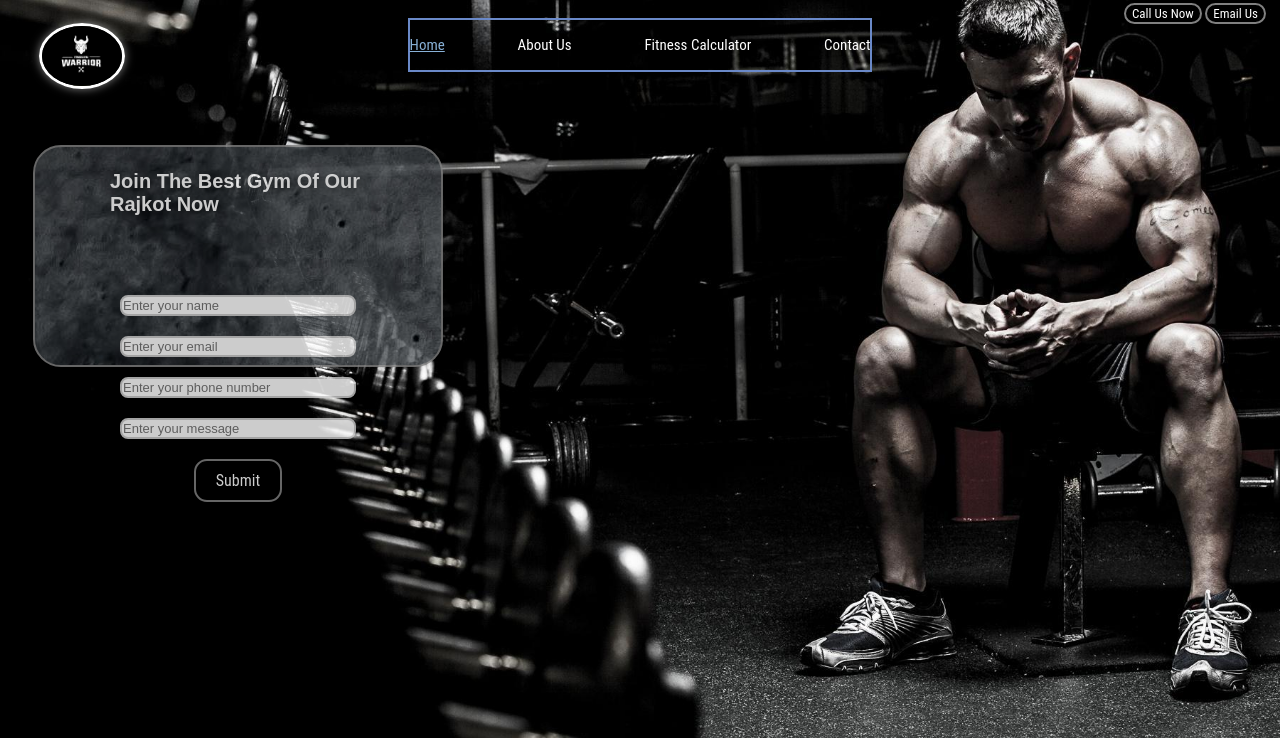
Repository: asthaasquare/project-1
Page: project-1/index.html
These files come from the project's save history. The page is drawn as it stood at one moment and after the next save; the edit follows.
The browser window is 1280 px wide. The pictures show the whole page.
Some web fonts or font styles are not loaded; a fallback is used.

Above is the page before, as saved 2024-05-10 10:00:57.

### project-1/index.html
  <!DOCTYPE html>
  <html lang="en">
  <head>
    <meta charset="UTF-8" />
    <meta name="viewport" content="width=device-width, initial-scale=1.0" />
    <title>Fit World</title>
    <link rel="preconnect" href="https://fonts.googleapis.com" />
    <link rel="preconnect" href="https://fonts.gstatic.com" crossorigin />
    <link href="https://fonts.googleapis.com/css2?family=Jersey+10&display=swap" rel="stylesheet" />
    <link rel="stylesheet" href="css/style.css" />
    <style>
      body {
        color: white;
        margin: 0;
        padding: 0;
        background-image: url("img/1087639.jpg");
        background-size: cover; /* This will make sure the image covers the entire background */
        background-position: center; /* This will center the image within the container */
        height: 100vh; /* This will set the height of the background to the viewport height */
        font-family: "Roboto Condensed", sans-serif;
        font-optical-sizing: auto;
      }

      .left {
        /* border: 2px double rgb(75, 62, 62); */
        display: inline-block;
        position: absolute;
        top: 0px;
        left: 34px;
        padding: 5px; /* Add some padding around the logo */
      }

      .left img {
        width: 80px;
        height: auto;
        border-radius: 50%;
        border: 3px solid white;
        box-shadow: 0 0 10px rgba(255, 255, 255, 0.5);
      }

      .left div {
        line-height: 0px;
      }

      .mid {
        margin: 18px auto;
        display: block;
        width: 36%;
        border: 2px double rgb(106, 137, 200);
      }

      .right {
        position: absolute;
        display: inline-block;
        /* border: 2px double rgb(100, 96, 222); */
        top: 0px;
        right: 34px;
      }

      .navbar {
        display: flex; /* Use flexbox for better alignment */
        justify-content: space-between; /* Distribute items evenly across the container */
        align-items: center; /* Center items vertically */
        padding: 0;
      }

      .navbar li {
        font-size: 15px;
        list-style: none; /* Remove default list styles */
        margin-right: 20px; /* Add some spacing between navbar items */
      }

      .navbar li a {
        color: white;
        text-decoration: none;
      }

      .navbar li a:hover,
      .navbar li a.active {
        text-decoration: underline;
        color: rgb(136, 177, 215);
      }

      .navbar li:last-child {
        margin-right: 0; /* Remove margin from the last navbar item */
      }

      .header {
        position: relative; /* Set position to relative to allow absolute positioning of child elements */
      }

      .container {
        border: 2px solid grey;
        margin: 73px 33px;
        padding: 75px;
        width: 20%;
        background-image: url(img/bg1.jpg);
        opacity: 80%;
        z-index: -1;
        height: 68px;
        border-radius: 28px;
      }

      .btn {
        margin: 0px 0px;
        color: white;
        background-color: black;
        position: relative;
        right: 22px;
        top: -15px;
        left: 20px;
        border: 2px solid grey;
        border-radius: 13px;
        font-size: 13px;
        cursor: pointer;
        transition: background-color 0.3s, border-color 0.3s;
        font-family: "Roboto Condensed", sans-serif;
      }

      .btn:hover {
        background-color: grey; /* Change background color on hover */
        border-color: black; /* Change border color on hover */
      }

      h1 {
        position: relative;
        top: -65px;
        color: white;
        font-size: 20px; /* Adjust the font size as needed */
        font-weight: bold; /* Optionally adjust the font weight */
        font-family: 'Poetsen One', sans-serif; /* Apply the Poetsen One font */
        text-shadow: 2px 2px 8px rgba(0, 0, 0, 0.5); /* Update the text shadow */
        width: 280px;
        padding: 0px;
      }

      .form {
      text-align: center; /* Center align the form elements */
    }

    .form-group {
      margin-bottom: 20px; /* Add some spacing between form groups */
    }

    input[type="text"] {
      width: calc(100% - 20px); /* Make text inputs fill the width of their container minus the padding */
      padding: 1px; /* Add padding to text inputs */
      border: 2px solid #ccc; /* Add border to text inputs */
      border-radius: 8px; /* Add border radius to text inputs */
      font-size: 13px; /* Adjust the font size of text inputs */
      box-sizing: border-box; /* Include padding and border in the element's total width and height */
    }

    .btn1 {
      color: white;
      background-color: black;
      border: 2px solid grey;
      border-radius: 13px;
      font-size: 16px;
      padding: 10px 20px; /* Add padding to the button */
      cursor: pointer;
      transition: background-color 0.3s, border-color 0.3s;
      font-family: "Roboto Condensed", sans-serif;
    }

    .btn1:hover {
      background-color: grey; /* Change background color on hover */
      border-color: black; /* Change border color on hover */
    }
    </style>
  </head>
  <body>
    <header class="header">
      <div class="left">
        <img src="img/logo.jpg" alt="Logo" />
      </div>
      <div class="mid">
        <ul class="navbar">
          <li><a href="#" class="active">Home</a></li>
          <li><a href="#">About Us</a></li>
          <li><a href="#">Fitness Calculator</a></li>
          <li><a href="#">Contact</a></li>
        </ul>
      </div>
      <div class="right">
        <button class="btn">Call Us Now</button>
        <button class="btn">Email Us</button>
      </div>
    </header>
    <div class="container">
      <h1>Join The Best Gym Of Our Rajkot Now</h1>

      <form action="noaction.php" class="form">

        <div class="form-group">
          <input type="text" name="name" placeholder="Enter your name">
        </div>
        <div class="form-group">
          <input type="text" name="email" placeholder="Enter your email">
        </div>
        <div class="form-group">
          <input type="text" name="phone" placeholder="Enter your phone number">
        </div>
        <div class="form-group">
          <input type="text" name="message" placeholder="Enter your message">
        </div>
        <button type="submit" class="btn1">Submit</button>
      </form>
    </div>
  </body>
  </html>

Loaded but not shown: project-1/css/style.css (no stored copy; drawn as an empty file)

After the next save:
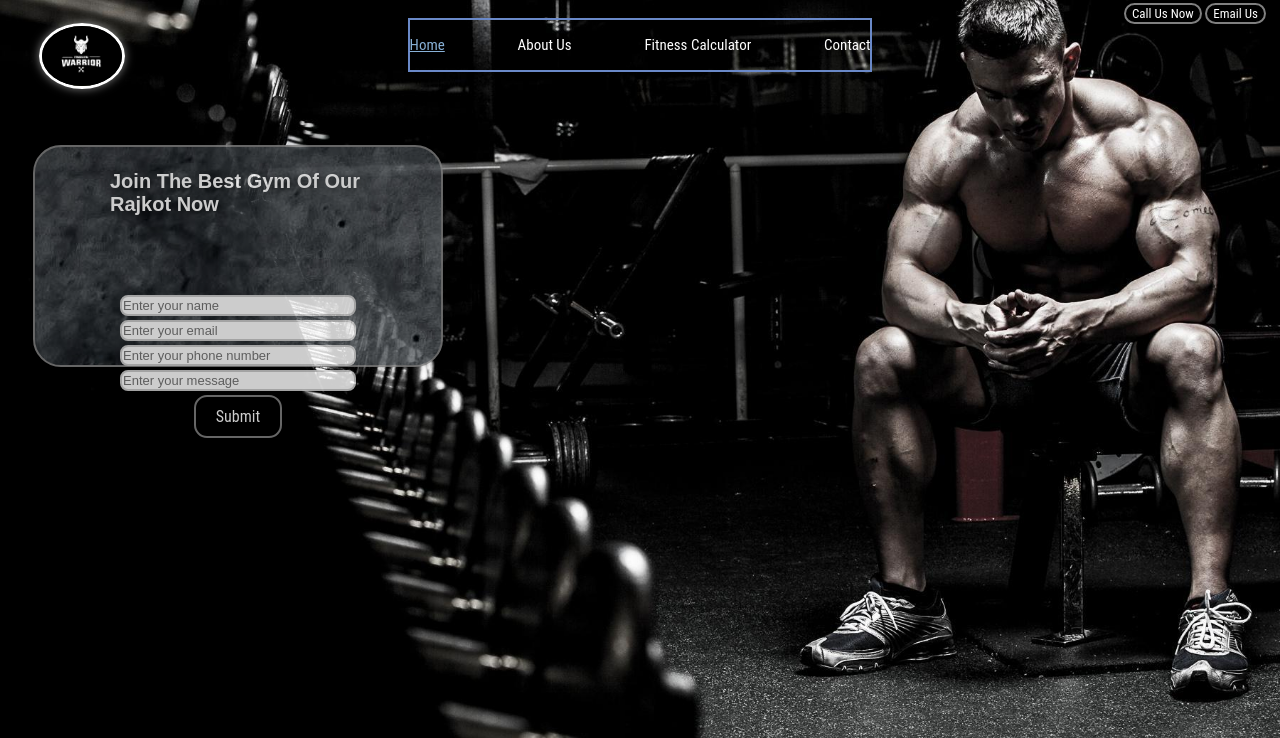
Saved 82 s later.
--- a/project-1/index.html
+++ b/project-1/index.html
@@ -139,7 +139,7 @@
     }
 
     .form-group {
-      margin-bottom: 20px; /* Add some spacing between form groups */
+      margin-bottom: 4px; /* Add some spacing between form groups */
     }
 
     input[type="text"] {
